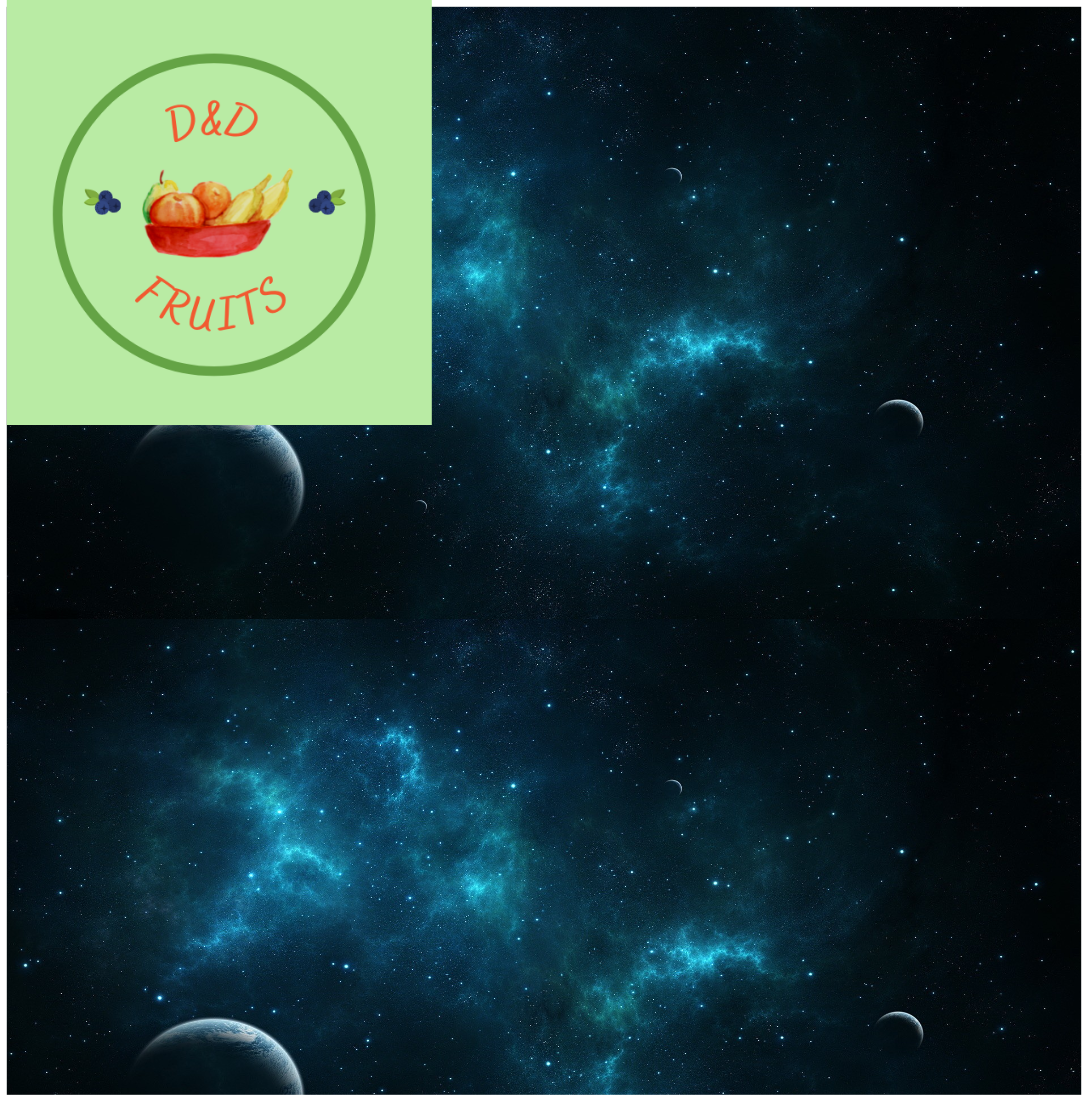
Repository: madd107/demo-form
Page: Assigment_FEE/CaseStudy_2.html
These files come from the project's save history. The page is drawn as it stood at one moment and after the next save; the edit follows.
The browser window is 1280 px wide. The pictures show the whole page, at 85% of full size.
Backgrounds fixed to the window are drawn as part of the page.

Above is the page before, as saved 2021-10-01 16:33:00.

After the next save:
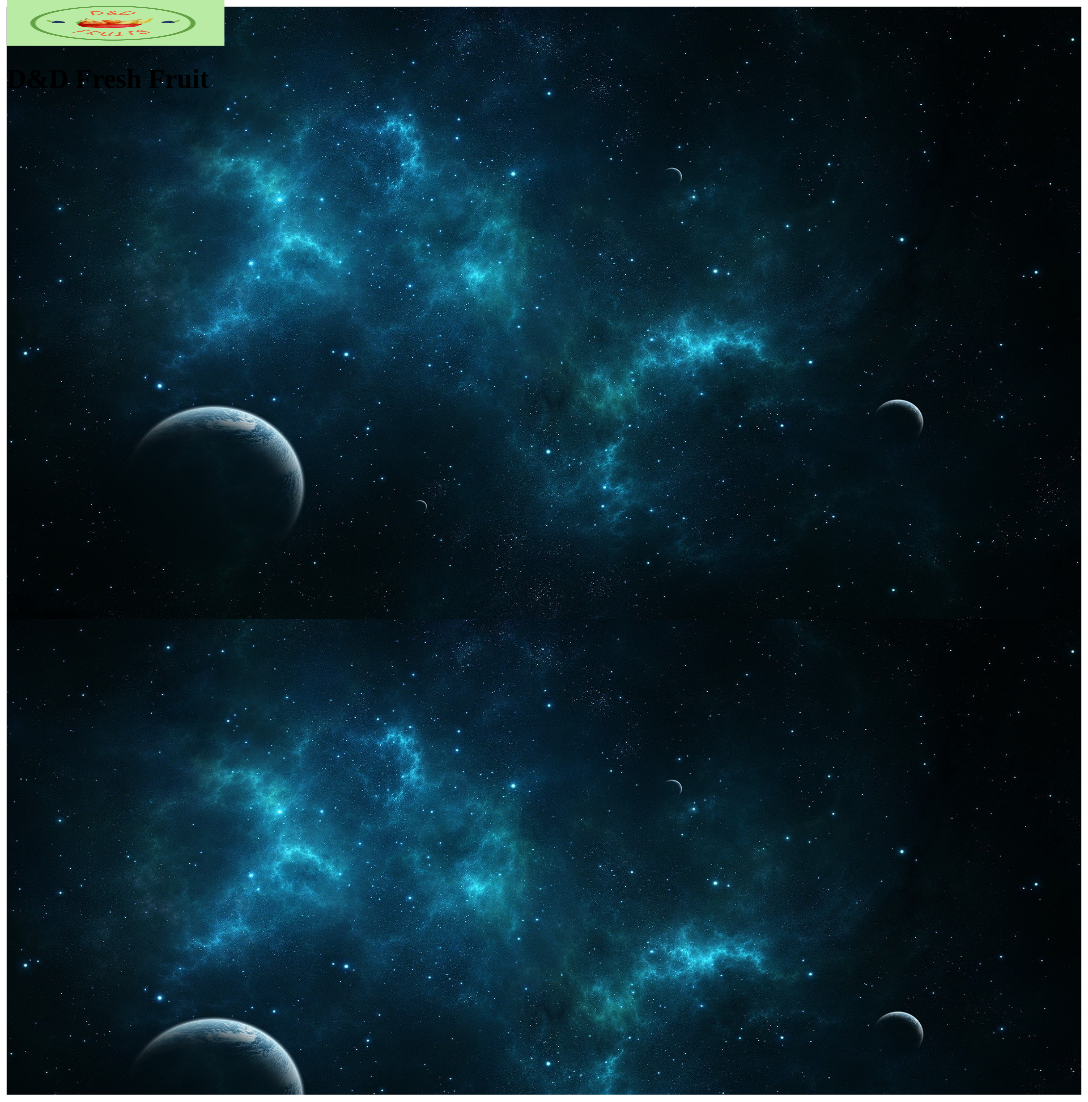
Saved 27 s later.
--- a/Assigment_FEE/css/CaseStudy_2.css
+++ b/Assigment_FEE/css/CaseStudy_2.css
@@ -18,5 +18,9 @@
   width: 20%;
   height: 100%;
   position: relative;
-  top: 0;
+  top: 0%;
 }
+.logo img {
+  width: 100%;
+  height: 100%;
+}
